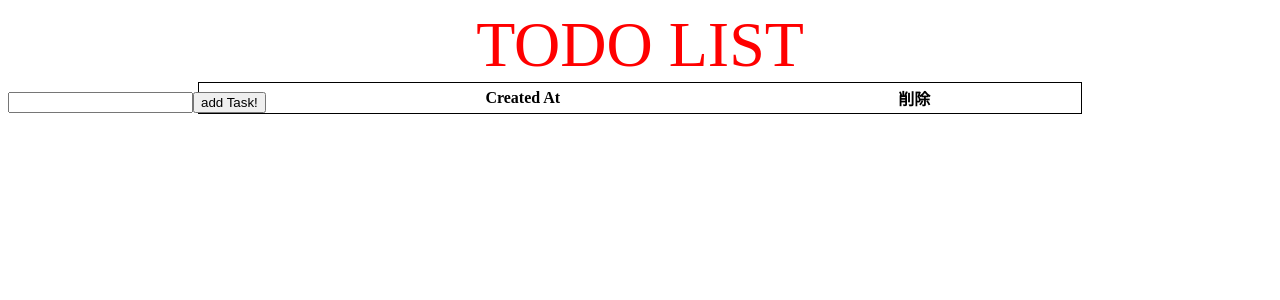
Repository: WistreHosshii/hacathon_todolList
Page: /
An editor plug-in stored every save of this project. The page is shown before and after the next save, followed by the edit.
The browser window is 1280 px wide. The pictures show the whole page.
The page's requests for data from a server got no answer. The project was rebuilt for these pictures with package versions that can differ from the ones it lists, and the page was loaded fresh each time. No one was signed in, and anything a server would have sent is missing.

Above is the page before, as saved 2019-06-11 00:20:33.

After the next save:
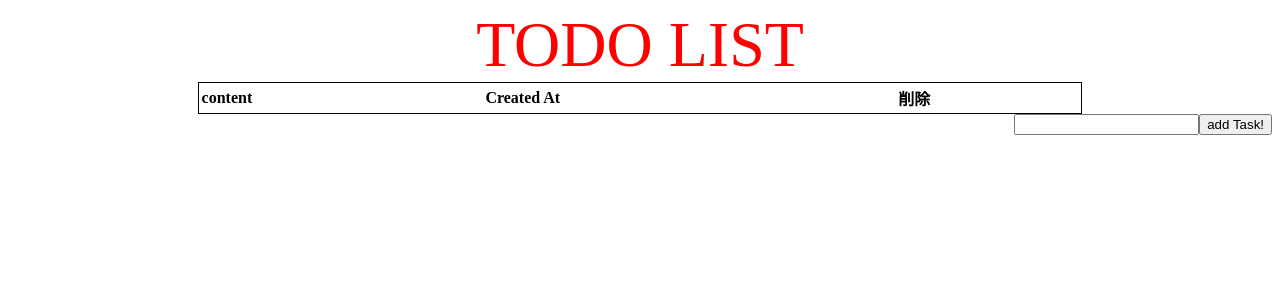
Saved 86 s later.
--- a/App.tsx
+++ b/App.tsx
@@ -18,13 +18,9 @@ const JobTable = styled.table`
   border: solid 1px black;
 `;
 const Button = styled.div`
-  position: absolute;
-  top: 10px;
   float: right;
 `;
-const TableWrapper = styled.div`
-  position: relative;
-`;
+const TableWrapper = styled.div``;
 interface Props {}
 interface State {
   todos: Todo[];
